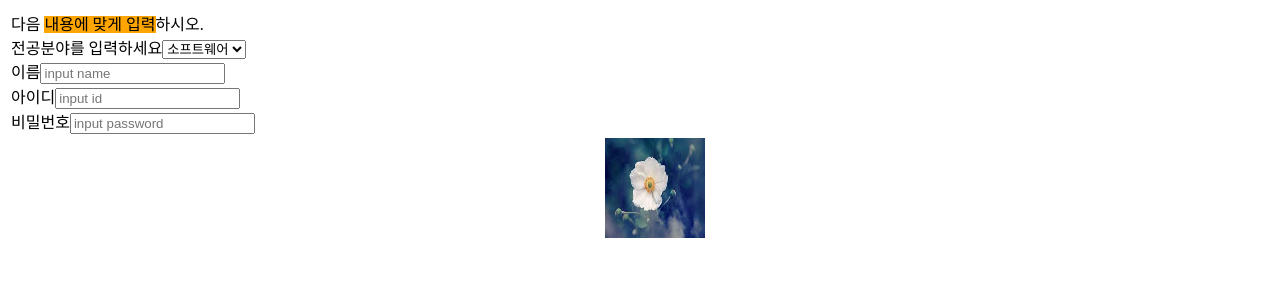
Repository: jwlee0714/HTML
Page: html/quiz-설문조사.html
These files come from the project's save history. The page is drawn as it stood at one moment and after the next save; the edit follows.
The browser window is 1280 px wide. The pictures show the whole page.

Above is the page before, as saved 2021-10-05 08:32:43.

### html/quiz-설문조사.html
<!DOCTYPE html>
<html>
<head>
<meta charset="UTF-8">
<title>Insert title here</title>
</head>
<body>

	<table align="width" bgcolor="white" width="700" >

	<tr>
			<td width="200">

	<div>
		<span >다음</span>
		<span style="background-color:orange;">내용에 맞게 입력</span>하시오.
	</div>

	<form method="get">
		전공분야를 입력하세요<select name ="select">
			<option value="p1">소프트웨어
			<option value="p2">하드웨어
			<option value="p3">정보공학<br>
		</select>
		<br>이름<input type="text" name ="name" placeholder="input name"><br>
		아이디<input type="text" name ="id" placeholder="input id"><br>
		비밀번호<input type="password" name="pwd" placeholder="input password"><br>
	</form>
	</td>
</tr>
<tr>
		<td align="right">
			<img src="img/다운로드.jfif" width="100"height="100">

			</td>
	</tr>
	</table>


</body>
</html>

After the next save:
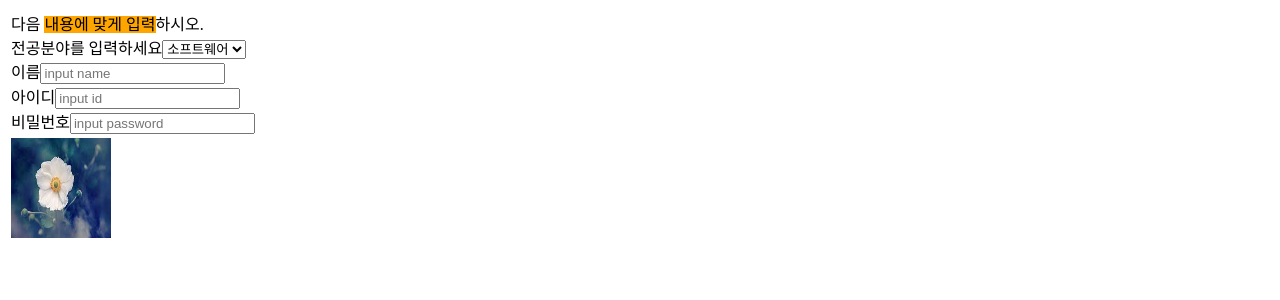
Saved 49 s later.
--- a/html/quiz-설문조사.html
+++ b/html/quiz-설문조사.html
@@ -29,7 +29,7 @@
 	</td>
 </tr>
 <tr>
-		<td align="right">
+		<td align="width">
 			<img src="img/다운로드.jfif" width="100"height="100">
 
 			</td>

After the save that followed:
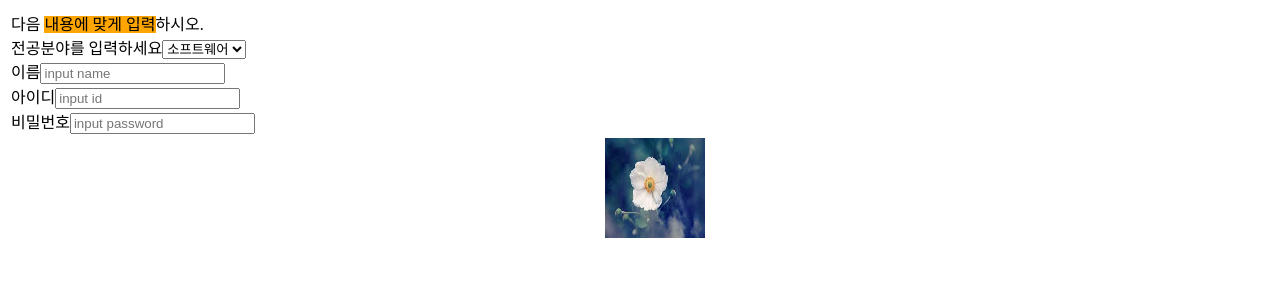
Saved 65 s later.
--- a/html/quiz-설문조사.html
+++ b/html/quiz-설문조사.html
@@ -6,7 +6,7 @@
 </head>
 <body>
 
-	<table align="width" bgcolor="white" width="700" >
+	<table align="left" bgcolor="white" width="700" >
 
 	<tr>
 			<td width="200">
@@ -29,7 +29,7 @@
 	</td>
 </tr>
 <tr>
-		<td align="width">
+		<td align="right">
 			<img src="img/다운로드.jfif" width="100"height="100">
 
 			</td>
